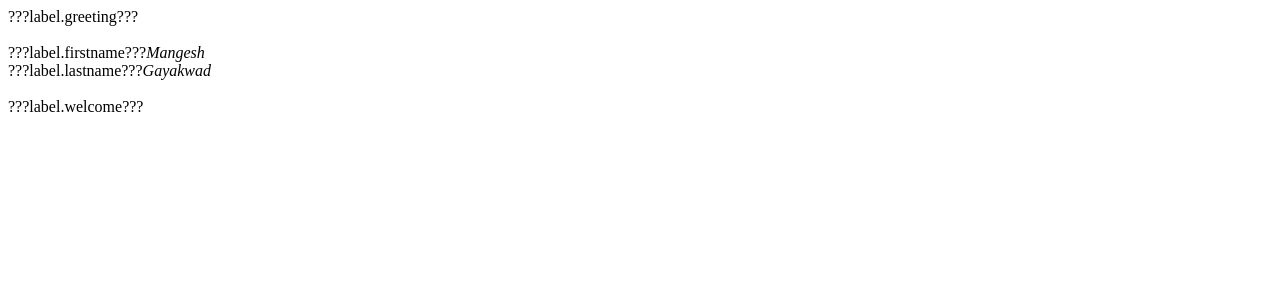
Repository: mangeshgayakwad2020/jsp_servlet
Page: http://localhost/JSPTagDemo/i18n-messages-test.jsp
The author's editor kept a copy of each file at every save. The page is drawn from the files as they stood at one save, then again after the next save.
The browser window is 1280 px wide. The pictures show the whole page.
The page is served by Tomcat 9. Other server files are loaded and not shown.

Above is the page before, as saved 2019-08-21 05:05:41.

### JSPTagDemo/WebContent/i18n-messages-test.jsp
<%@ taglib uri="http://java.sun.com/jsp/jstl/core" prefix="c" %>
<%@ taglib uri="http://java.sun.com/jsp/jstl/fmt" prefix="fmt" %>

<html>

<body>

<fmt:message key="label.greeting" /><br><br>

<fmt:message key="label.firstname" /><i>Mangesh</i><br>

<fmt:message key="label.lastname" /><i>Gayakwad</i><br><br>

<fmt:message key="label.welcome" /><br>

</body>

</html>

After the next save:
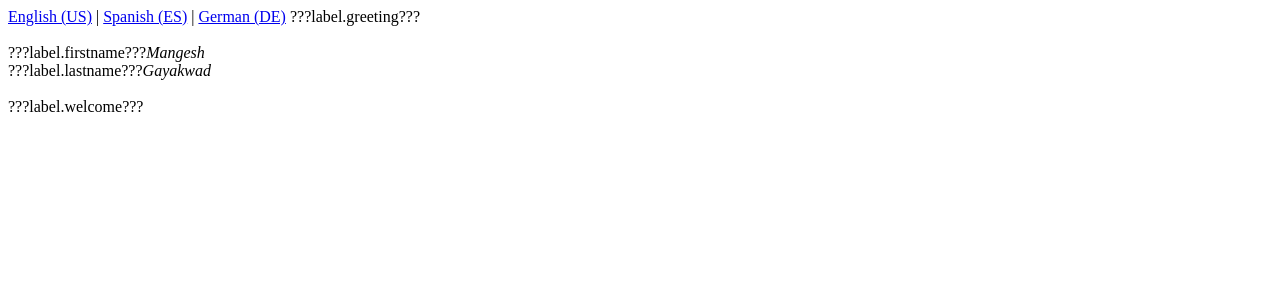
Saved 3 min 41 s later.
--- a/JSPTagDemo/WebContent/i18n-messages-test.jsp
+++ b/JSPTagDemo/WebContent/i18n-messages-test.jsp
@@ -4,6 +4,12 @@
 <html>
 
 <body>
+
+<a href="i18n-messages-test.jsp?theLocale=en_US">English (US)</a>
+ |
+<a href="i18n-messages-test.jsp?theLocale=es_ES">Spanish (ES)</a>
+ |
+<a href="i18n-messages-test.jsp?theLocale=de_DE">German (DE)</a>
 
 <fmt:message key="label.greeting" /><br><br>
 
